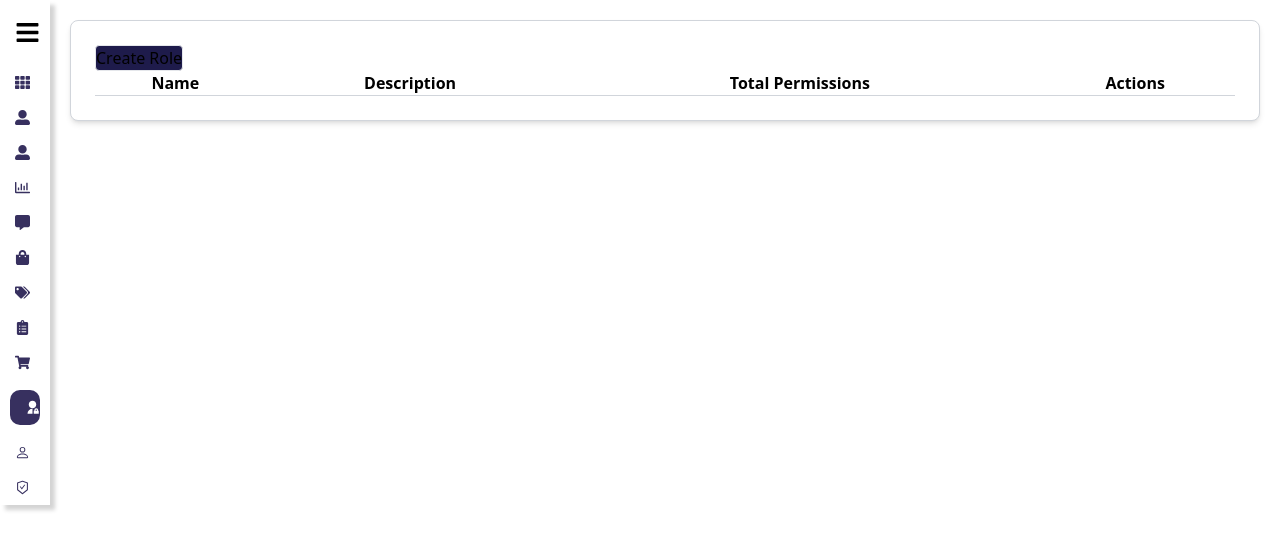
Repository: Andarg01/Admin
Page: /roles
These files come from the project's save history. The page is drawn as it stood at one moment and after the next save; the edit follows.
The browser window is 1280 px wide. The pictures show the whole page.
The page's requests for data from a server got no answer. The project was rebuilt for these pictures with package versions that can differ from the ones it lists, and the page was loaded fresh each time. No one was signed in, and anything a server would have sent is missing. Also part of the build but not shown: src/styles/analytics.css, src/pages/Analytics.tsx, src/pages/Dashboard.tsx, src/styles/productList.css, src/components/OrderModal.tsx, src/components/OrderTable.tsx, src/pages/Orders.tsx, src/components/CategoryModal.tsx and 16 more.

Above is the page before, as saved 2024-02-28 05:34:58.

After the next save:
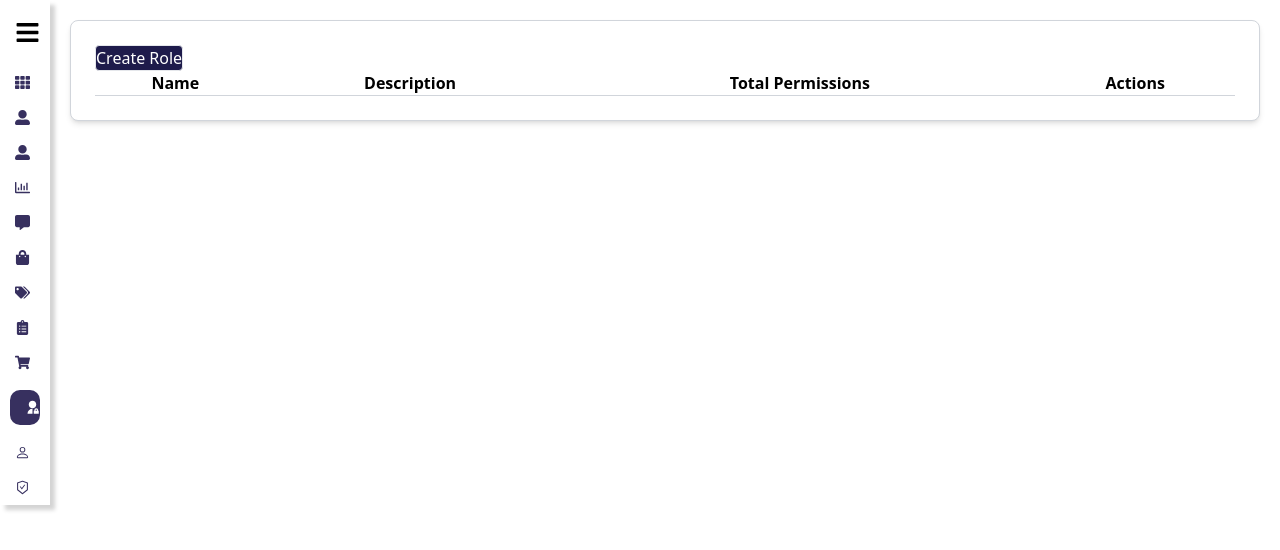
Saved 21 s later.
--- a/src/components/RoleTable.tsx
+++ b/src/components/RoleTable.tsx
@@ -40,7 +40,7 @@ const RoleTable: React.FC = () => {
 
   return (
     <div className="overflow-x-auto bg-white border border-gray-300 p-6 rounded-lg shadow-md transition duration-500 ease-in-out">
-      <button onClick={handleCreate} className='bg-indigo-950 border rounded hover:m-2'>Create Role</button>
+      <button onClick={handleCreate} className='bg-indigo-950 border rounded hover:m-2 text-white'>Create Role</button>
       <table className="min-w-full border-b border-gray-300">
         <thead>
           <tr>
